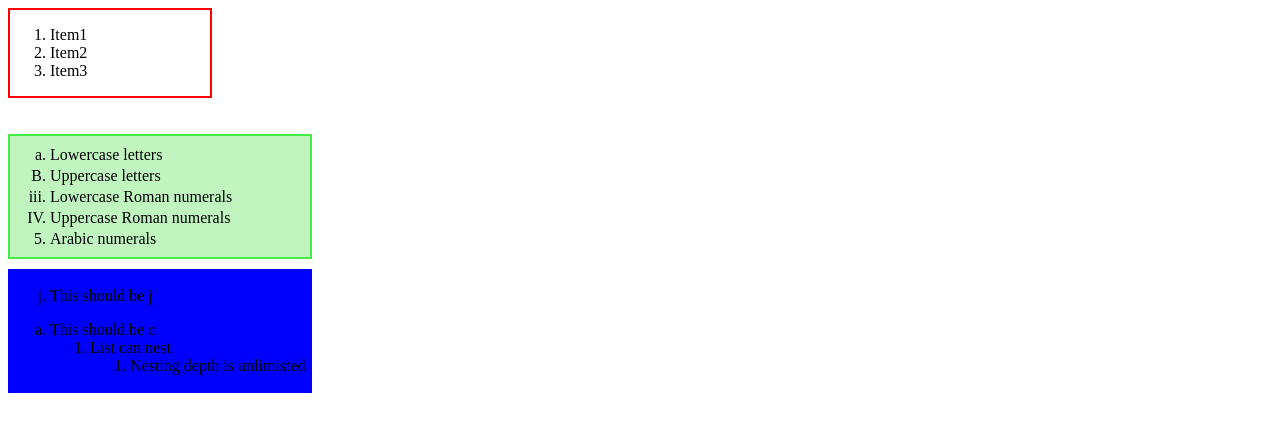
Repository: Tan-Khang21/TH_TKW--Buoi_01
Page: Buoi_01/Bt_ve_nha/BT_01/main.html
An editor plug-in stored every save of this project. The page is shown before and after a run of saves, followed by the edit.
The browser window is 1280 px wide. The pictures show the whole page.

Above is the page before, as saved 2024-01-22 17:08:48.

### Buoi_01/Bt_ve_nha/BT_01/main.html
<!DOCTYPE html>
<html lang="en">
<head>
    <meta charset="UTF-8">
    <meta name="viewport" content="width=device-width, initial-scale=1.0">
    <title>Document</title>
    <link rel="stylesheet" href="style.css">
</head>
<body>
    <div class="red">
        <ol>
            <li>Item1</li>
            <li>Item2</li>
            <li>Item3</li>
        </ol>
    </div>
    <br><br>
    <div class="green">
        <ol type="a">
            <li>Lowercase letters</li>
        </ol>
        <ol type="A" start="2">
            <li>Uppercase letters</li>
        </ol>
        <ol type="i" start="3">
            <li>Lowercase Roman numerals</li>
        </ol>
        <ol type="I" start="4">
            <li>Uppercase Roman numerals</li>
        </ol>
        <ol start="5">
            <li>Arabic numerals</li>
        </ol>
    </div>
    <div class="blue">
        <ol type="a" start="10">
            <li > This should be j</li>
        </ol>
        <ol type="a" start="c">
            <li > This should be c</li>
            <ol>
                <li>List can nest</li>
                <ol>
                    <li>Nesting depth is unlimisted</li>
                </ol>
            </ol>
        </ol>
    </div>
</body>
</html>

### Buoi_01/Bt_ve_nha/BT_01/style.css
.red{
    width: 200px;
    border: 2px solid red;
}
.green{
    line-height: 5px;
    width: 300px;
    border:2px solid rgb(69, 235, 69);
    background-color: rgb(192, 245, 192);
}
.blue{
    margin-top: 10px;
    width: 300px;
    border:2px solid blue;
    background-color: blue;
}

After the next 2 saves:
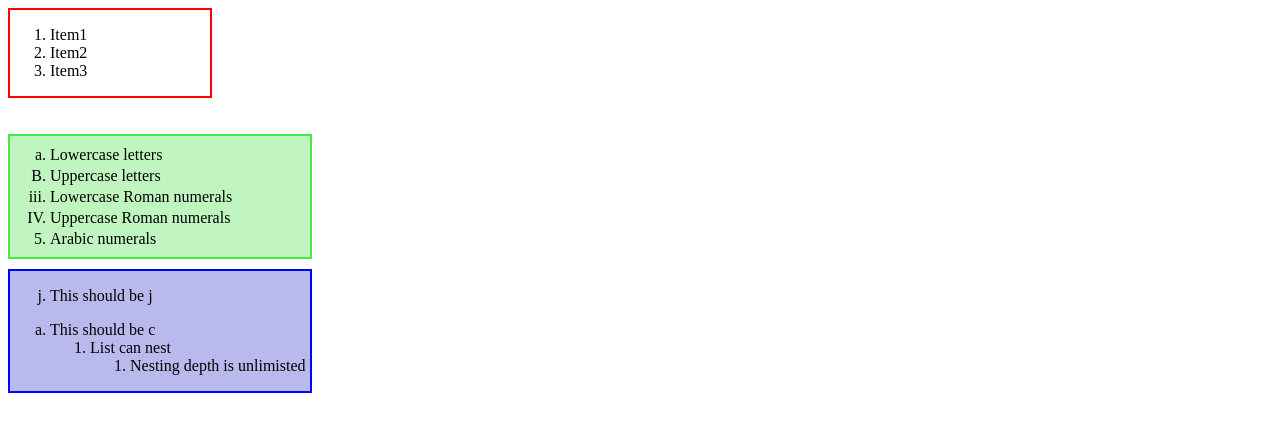
The 2 saves are shown as one change because they came seconds apart.
The last was saved 16 s later.
--- a/Buoi_01/Bt_ve_nha/BT_01/style.css
+++ b/Buoi_01/Bt_ve_nha/BT_01/style.css
@@ -12,5 +12,5 @@
     margin-top: 10px;
     width: 300px;
     border:2px solid blue;
-    background-color: blue;
+    background-color: rgb(185, 185, 237);
 }
